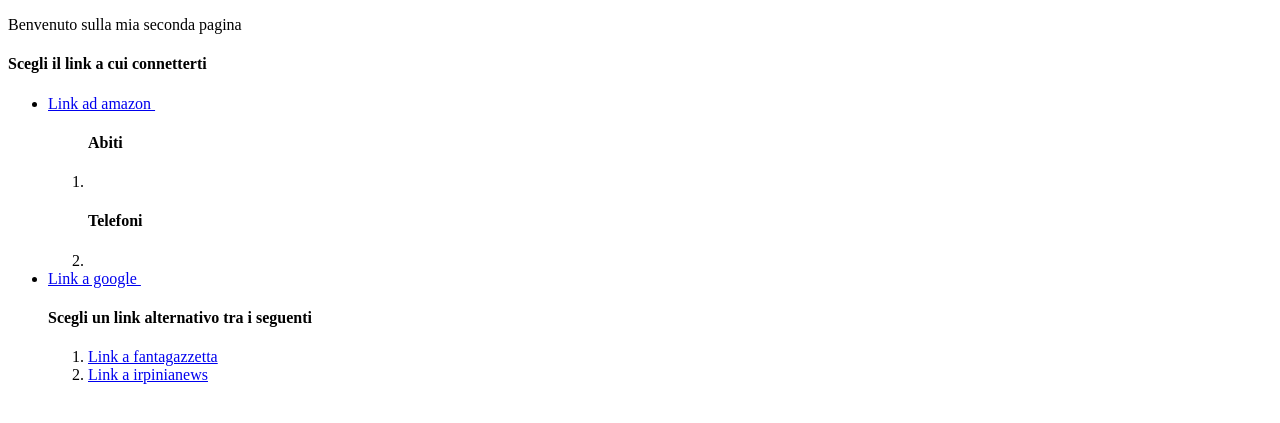
Repository: AndreaGuastaferro/Repository_Andrea_Guastaferro_Front
Page: cartella_html/NUOVO_HTML/Secondo_File.html
These files come from the project's save history. The page is drawn as it stood at one moment and after the next save; the edit follows.
The browser window is 1280 px wide. The pictures show the whole page.

Above is the page before, as saved 2018-10-22 08:58:02.

After the next save:
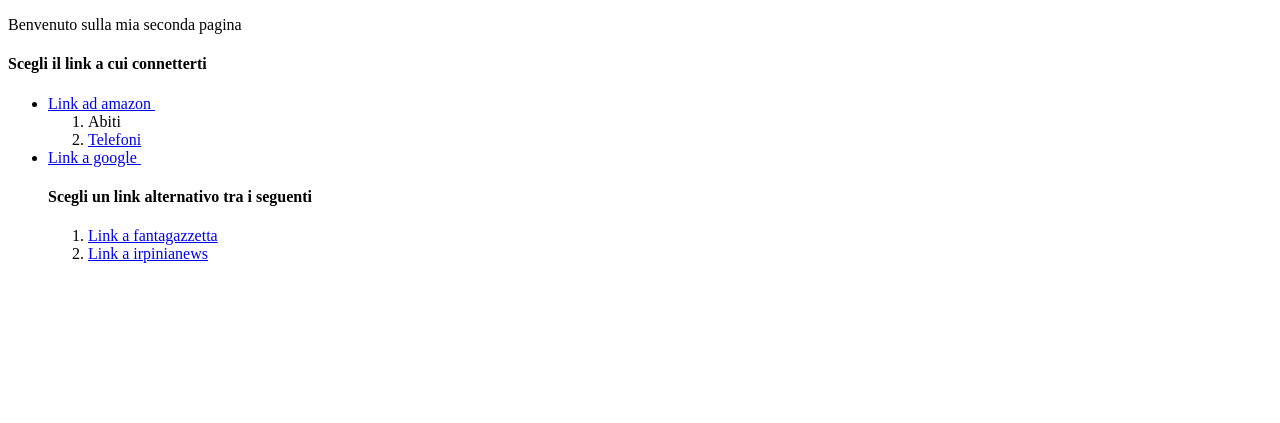
Saved 2 min 6 s later.
--- a/cartella_html/NUOVO_HTML/Secondo_File.html
+++ b/cartella_html/NUOVO_HTML/Secondo_File.html
@@ -11,10 +11,8 @@
 
 			<li><a href= "https://www.amazon.it"> Link ad amazon <img src=""> </a> </li>
 				<ol>
-					<h4>Abiti</h4>
-					<li><a href= " https://www.amazon.it/b/ref=nav__fashion_man?ie=UTF8&node=5515769031"></a></li>
-					<h4> Telefoni</h4>
-					<li><a href= " https://www.amazon.it/telefonia-mobile/b/ref=sd_allcat_tele?ie=UTF8&node=435507031"></</a></li>
+					<li><a href= " https://www.amazon.it/b/ref=nav__fashion_man?ie=UTF8&node=5515769031"></a>Abiti</li>
+					<li><a href= " https://www.amazon.it/telefonia-mobile/b/ref=sd_allcat_tele?ie=UTF8&node=435507031"></</a>Telefoni</li>
 				</ol>
 			<li><a href="https://www.google.it"> Link a google <img src=""></a> </li>
 
